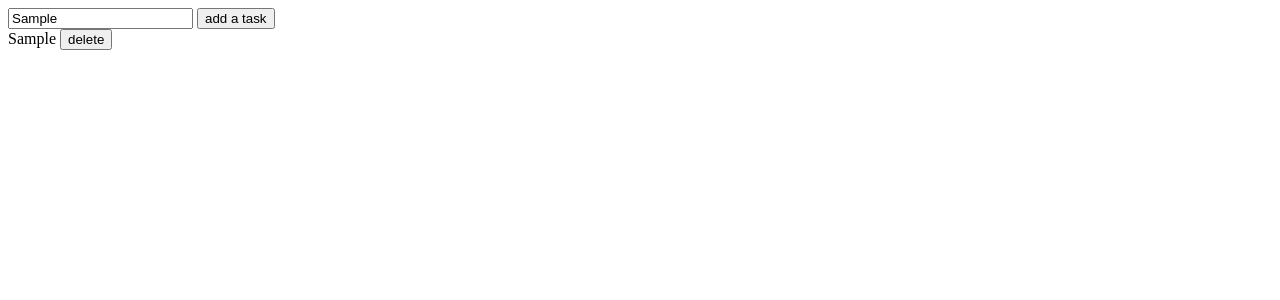
Repository: tanayburbure/Todo-application
Page: index.html
These files come from the project's save history. The page is drawn as it stood at one moment and after the next save; the edit follows.
The browser window is 1280 px wide. The pictures show the whole page.
Empty fields were first filled with sample values (such as "Sample", 5 or name@example.com).
After loading, the first visible `button` was clicked once.

Above is the page before, as saved 2025-10-22 16:14:35.

After the next save:
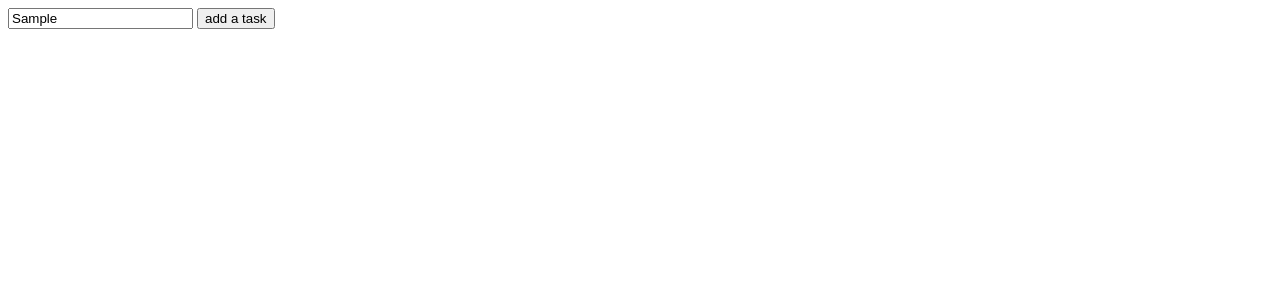
Console error: ReferenceError: addtodo is not defined
Saved 2 days later.
--- a/script.js
+++ b/script.js
@@ -62,17 +62,17 @@
 // }
 
 
-let ctr = 0 ;
- function addtodo(){
-    const inputEL = document.querySelector("input");
-    const value = inputEL.value;
-    const newDivEL= document.createElement("div");
-    newDivEL.setAttribute("id",ctr);
-    newDivEL.innerHTML = value + ' <button onclick="deletetodo('+ ctr +')" > delete</button>';
-    document.querySelector("body").appendChild(newDivEL);
- }
+// let ctr = 0 ;
+//  function addtodo(){
+//     const inputEL = document.querySelector("input");
+//     const value = inputEL.value;
+//     const newDivEL= document.createElement("div");
+//     newDivEL.setAttribute("id",ctr);
+//     newDivEL.innerHTML = value + ' <button onclick="deletetodo('+ ctr +')" > delete</button>';
+//     document.querySelector("body").appendChild(newDivEL);
+//  }
 
- function deletetodo(index){
-    const element = document.getElementById(index);
-    element.parentNode.removeChild(element);
- }
+//  function deletetodo(index){
+//     const element = document.getElementById(index);
+//     element.parentNode.removeChild(element);
+//  }
